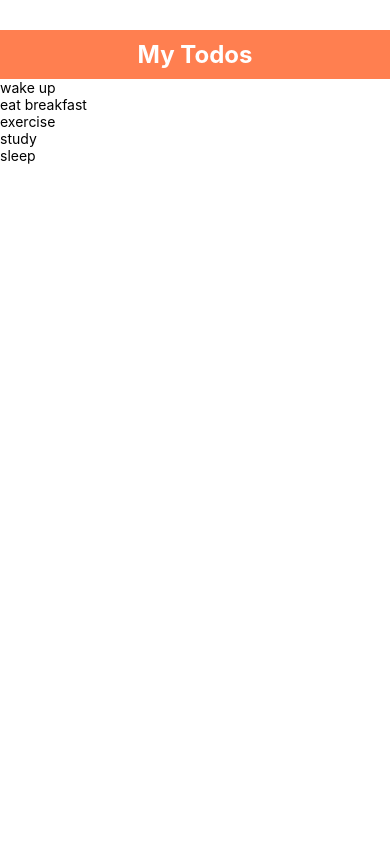
Repository: shiv0403/React-native-tutorial
Screen: /
The author's editor kept a copy of each file at every save. The screen is drawn from the files as they stood at one save, then again after the next save.
The app was drawn by React Native's web renderer in a window 390 px wide. The project was rebuilt for these pictures with package versions that can differ from the ones it lists, and the page was loaded fresh each time.

Above is the screen before, as saved 2021-02-11 09:15:43.

### App.js
import React, { useState } from "react";
import {
  FlatList,
  StyleSheet,
  Text,
  TouchableOpacity,
  View,
} from "react-native";
import Header from "./components/Header";

export default function App() {
  const [todo, setTodo] = useState([
    { text: "wake up", key: "1" },
    { text: "eat breakfast", key: "2" },
    { text: "exercise", key: "3" },
    { text: "study", key: "4" },
    { text: "sleep", key: "5" },
  ]);

  return (
    <View style={styles.container}>
      <Header />
      <View style={styles.content}>
        {/* to form */}
        <View style={styles.list}>
          <FlatList
            data={todo}
            keyExtractor={(item) => item.key}
            renderItem={({ item }) => {
              return <Text>{item.text}</Text>;
            }}
          />
        </View>
      </View>
    </View>
  );
}

const styles = StyleSheet.create({
  container: {
    flex: 1,
    backgroundColor: "#fff",
    marginTop: 30,
  },
});

### components/Header.js
import React, { useState } from "react";
import { StyleSheet, Text, View } from "react-native";

export default function Header() {
  return (
    <View style={styles.header}>
      <Text style={styles.title}>My Todos</Text>
    </View>
  );
}

const styles = StyleSheet.create({
  header: {
    padding: 10,
    backgroundColor: "coral",
  },
  title: {
    textAlign: "center",
    fontSize: 24,
    fontWeight: "bold",
    color: "#fff",
  },
});

After the next save:
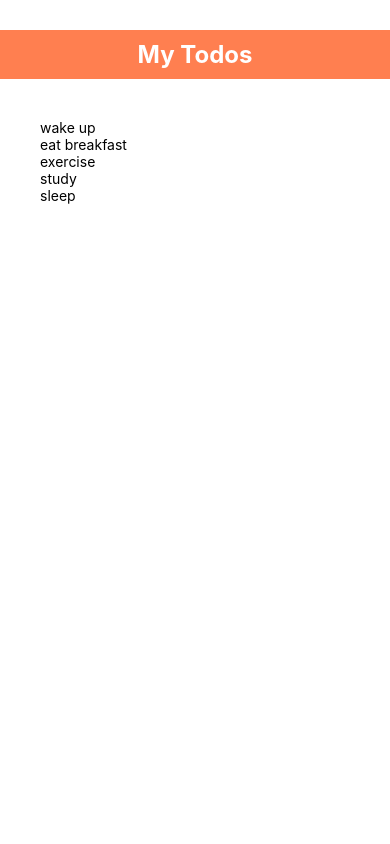
Saved 36 s later.
--- a/App.js
+++ b/App.js
@@ -42,4 +42,7 @@ const styles = StyleSheet.create({
     backgroundColor: "#fff",
     marginTop: 30,
   },
+  list: {
+    margin: 40,
+  },
 });
